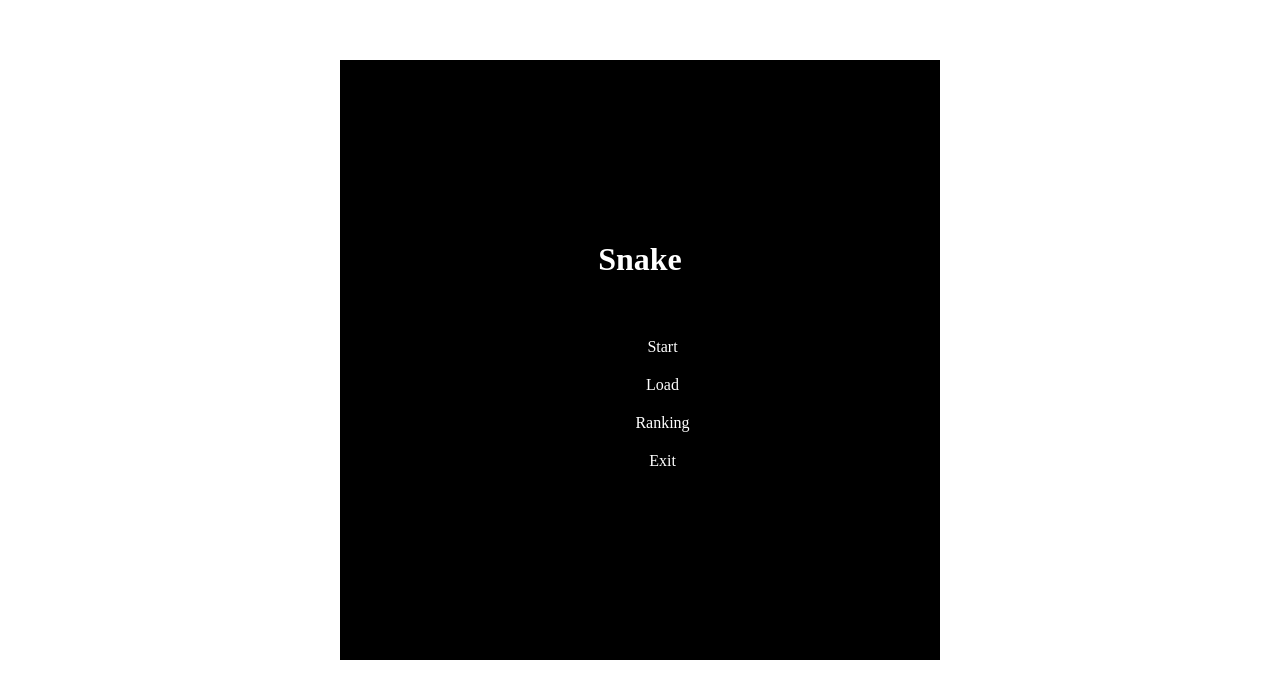
Repository: myeongbaek/SnakeGame_Team07
Page: index.html
These files come from the project's save history. The page is drawn as it stood at one moment and after the next save; the edit follows.
The browser window is 1280 px wide. The pictures show the whole page.

Above is the page before, as saved 2022-04-16 13:35:57.

### index.html
<!DOCTYPE html>
<html lang="en">
  <head>
    <meta charset="UTF-8" />
    <meta http-equiv="X-UA-Compatible" content="IE=edge" />
    <meta name="viewport" content="width=device-width, initial-scale=1.0" />
    <title>Snake</title>
    <link rel="stylesheet" href="style.css" />
  </head>
  <body>
    <div id="App"></div>
    <script src="index.js" type="module"></script>
  </body>
</html>

### style.css
* {
  margin: 0;
  padding: 0;
  box-sizing: border-box;
  -ms-user-select: none;
  -moz-user-select: -moz-none;
  -khtml-user-select: none;
  -webkit-user-select: none;
  user-select: none;
}

#App {
  width: 100vw;
  height: 100vh;
  display: flex;
  justify-content: center;
  align-items: center;
}

.box {
  width: 600px;
  height: 600px;
  background-color: black;
  display: flex;
  flex-direction: column;
  justify-content: center;
  align-items: center;
}

.box h1 {
  color: white;
  padding-bottom: 50px;
}

.box span {
  color: white;
  text-align: start;
  width : 150px;
  padding-left: 50px;
}

.btn {
  position: relative;
  cursor: pointer;
  display: flex;
  justify-content: center;
  align-items: center;
  text-align: center;
  white-space: nowrap;
  margin: 5px;
  padding: 5px;
  color: white;
}

.btn:hover::after {
  content: "";
  width: 5px;
  height: 5px;
  border-left: 3px solid white;
  border-bottom: 3px solid white;
  position: absolute;
  right: -20px;
  transform: rotateZ(45deg);
}

.btn:hover::before {
  content: "";
  width: 5px;
  height: 5px;
  border-right: 3px solid white;
  border-bottom: 3px solid white;
  position: absolute;
  left: -20px;
  transform: rotateZ(-45deg);
}

canvas {
  position: relative;
}

.overlay {
  position: absolute;
  top: 0;
  bottom: 0;
  right: 0;
  left: 0;
  background-color: rgba(0, 0, 0, 0.5);
  display: flex;
  justify-content: center;
  align-items: center;
  z-index: 99;
}

.modal {
  width: 300px;
  height: 300px;
  border: 3px solid white;
  border-radius: 20px;
  background-color: black;
  color: white;
  display: flex;
  justify-content: center;
  align-items: center;
  flex-direction: column;
}

.modal h1 {
  padding-bottom: 20px;
}

.modal span {
  margin: 5px 0px;
  padding: 5px 0px;
}

input {
  width : 100px;
}

### index.js
import App from "./App.js";

new App({ $target: document.getElementById("App") });

### App.js
import MainScreen from "./MainScreen.js";

export default class App {
  constructor({ $target }) {
    this.mainScreen = new MainScreen({
      $target,
    });
  }
}

### MainScreen.js
import Game from "./Game.js";

export default class MainScreen {
  $target;
  $screen;
  game;
  constructor({ $target }) {
    this.$target = $target;

    this.$screen = document.createElement("div");
    this.$screen.classList = "box";
    this.game = new Game({ $target, renderMain: this.render });

    this.render();
  }

  render = () => {
    console.log(this);
    this.$screen.innerHTML = `
        <h1>Snake</h1>
        <span class="start btn">Start</span>
        <span class="load btn">Load</span>
        <span class="rank btn">Ranking</span>
        <span class="btn">Exit</span>
    `;
    this.$target.innerHTML = ``;
    this.$target.appendChild(this.$screen);
    const onStartClick = () => {

      this.game.setUp();
      this.game.gameLoop();
    };
    const startBtn = this.$screen.querySelector(".start");
    startBtn.addEventListener("click", onStartClick);

    /*
      here we need to make the rest of the buttons in main screen work

      line 36 to 39 is function to start the game

      line 40 grabs the start button from the page and let you work with it

      line 41 registers the game-start function to the start button
    */
    const onLoadClick = () => {

      this.game.state = JSON.parse(localStorage.getItem("state"));

      this.game.setUp();
      this.game.gameLoop();


      /*
        load the saved data, then start the game
        google about "localStorage" in JavaScript
      */
    };
    const loadBtn = this.$screen.querySelector(".load");
    loadBtn.addEventListener("click", onLoadClick);



    /*
      grab the load button, then register the function
    */

    const rankingBtn = this.$screen.querySelector(".rank");
    rankingBtn.addEventListener("click", () => onRankClick());

    const onRankClick = () => {
      let rankarr = JSON.parse(localStorage.getItem("rankData"));
      this.$target.innerHTML = ``;
      this.$target.appendChild(this.$screen);

      this.$screen.innerHTML = `
        <h1>Top 10 Rank</h1>
        ${rankarr.map((rank, index) => {
        return `<span>${index + 1}위 : ${rank.username}, ${rank.score}점</span>`
      }).join("")}
    `;

    }
    /*
      same with the ranking

      I don't think we need to make exit feature since we're on web
    */
  };
}

### Game.js
import { CompareRank, GenerateFruitPosition } from "./utils.js";

export default class Game {
  $target;
  $canvas;
  $canvasContext;

  intervalId;
  isPaused = false;
  isKeyPressed = false;
  renderMain;

  state = {

    playerPos: {
      x: 20,
      y: 20,
    },
    score: 0,
    gridSize: 15,
    tileCount: 40,
    trail: [],
    tail: 5,
    velocity: {
      x: 0,
      y: -1,
    },
    fruitPos: { x: 5, y: 5 },
  };

  constructor({ $target, renderMain }) {
    this.$target = $target;
    this.renderMain = renderMain;
  }

  setState(nextState) {
    this.state = {
      ...this.state,
      ...nextState,
    };
  }
  setUp() {
    this.$target.innerHTML = `
        <canvas id="canvas" width="600" height="600"></canvas>
    `;
    this.$canvas = document.getElementById("canvas");
    this.$canvasContext = this.$canvas.getContext("2d");
    addEventListener("keydown", (event) => this.keyPress(event));
  }

  keyPress(event) {
    if (this.isKeyPressed || this.isPaused) return;
    switch (event.key) {
      case "ArrowUp":
        this.state.velocity.y !== 1
          ? this.setState({ velocity: { x: 0, y: -1 } })
          : null;
        this.isKeyPressed = true;
        break;
      case "ArrowDown":
        this.state.velocity.y !== -1
          ? this.setState({ velocity: { x: 0, y: 1 } })
          : null;
        this.isKeyPressed = true;
        break;
      case "ArrowLeft":
        this.state.velocity.x !== 1
          ? this.setState({ velocity: { x: -1, y: 0 } })
          : null;
        this.isKeyPressed = true;
        break;
      case "ArrowRight":
        this.state.velocity.x !== -1
          ? this.setState({ velocity: { x: 1, y: 0 } })
          : null;
        this.isKeyPressed = true;
        break;
      case "Escape":
        clearInterval(this.intervalId);
        this.pause();
        break;
    }
  }

  pause() {
    this.isPaused = true;

    const overlay = document.createElement("div");
    overlay.classList = "overlay";

    const modal = document.createElement("div");
    modal.classList = "modal";

    modal.innerHTML = `
        <h1>Pause</h1>
        <span class="btn resume">Resume</span>
        <span class="btn restart">Restart</span>
        <span class="btn save">Save</span>
        <span class="btn exit">Exit</span>
      `;

    overlay.appendChild(modal);
    this.$target.appendChild(overlay);

    const resume = this.$target.querySelector(".resume");
    resume.addEventListener("click", () => {
      this.isPaused = false;
      this.$target.removeChild(overlay);
      this.gameLoop();
    });

    const restart = this.$target.querySelector(".restart");
    restart.addEventListener("click", () => {
      this.isPaused = false;
      this.$target.removeChild(overlay);
      this.setState({
        ...this.state,
        score: 0,
        playerPos: { x: 20, y: 20 },
        fruitPos: GenerateFruitPosition([], this.state.tileCount),
        velocity: { x: 0, y: -1 },
        trail: [],
        tail: 5,
      });
      this.gameLoop();
    });

    /*
      need to implement saving feature with localStorage
      according to the assignment guide, we should save data then go back to main screen
    */

    /*
      Exit should bring the player back to main screen
    */
    const save = this.$target.querySelector(".save");
    save.addEventListener("click", () => {
      this.isPaused = false;
      this.$target.removeChild(overlay);
      clearInterval(this.intervalId);
      localStorage.setItem("state", JSON.stringify(this.state));
      this.setState({
        ...this.state,
        score: 0,
        playerPos: { x: 20, y: 20 },
        fruitPos: GenerateFruitPosition([], this.state.tileCount),
        velocity: { x: 0, y: -1 },
        trail: [],
        tail: 5,
      });

      clearInterval(this.intervalId);
      this.renderMain();
    });






    const exit = this.$target.querySelector(".exit");
    exit.addEventListener("click", () => {
      this.isPaused = false;
      this.setState({
        playerPos: {
          x: 20,
          y: 20,
        },
        score: 0,
        gridSize: 15,
        tileCount: 40,
        trail: [],
        tail: 5,
        velocity: {
          x: 0,
          y: -1,
        },
        fruitPos: GenerateFruitPosition([], this.state.tileCount),
      });
      clearInterval(this.intervalId);
      this.renderMain();
    });


  }

  move() {
    this.setState({
      ...this.state,
      playerPos: {
        x: this.state.playerPos.x + this.state.velocity.x,
        y: this.state.playerPos.y + this.state.velocity.y,
      },
    });
  }

  isGameOver() {
    // out of bound check

    if (
      this.state.playerPos.x < 0 ||
      this.state.playerPos.x > this.state.tileCount - 1 ||
      this.state.playerPos.y < 0 ||
      this.state.playerPos.y > this.state.tileCount - 1
    ) {
      return true;
    }


    for (var i = 0; i < this.state.trail.length - 1; i++) {
      if (
        this.state.playerPos.x === this.state.trail[i].x &&
        this.state.playerPos.y === this.state.trail[i].y
      ) {
        return true;
      }
    }

    return false;
  }

  updateFruit() {
    this.setState({
      fruitPos: GenerateFruitPosition(this.state.trail, this.state.tileCount),
    });
  }

  render() {
    this.move();
    this.isKeyPressed = false;


    if (this.isGameOver()) {
      /*
        when the game is over,
        instead of just going back to main screen,
        we should display a modal screen and
        show how much score did the player get,
        then save the data to localStorage for 'ranking' in the main screen
      */

      const overlay = document.createElement("div");
      overlay.classList = "overlay";

      const modal = document.createElement("div");
      modal.classList = "modal";

      modal.innerHTML = `
            <h1>You died</h1>
            <span class="score">Score : ${this.state.score}</span>
            <form>
            <input type="text" id="UserName" placeholder="username"></input>
            <button>-></button>
            </form>

            <span class="btn exit">Exit</span>
          `;

      overlay.appendChild(modal);
      this.$target.appendChild(overlay);

      const isBntOnClick = (event) => {
        event.preventDefault();
        const rankData = { username: username.value, score: this.state.score };
        console.log(this);
        let savedData = JSON.parse(localStorage.getItem("rankData"));
        savedData === null ? savedData = [] : savedData;

        savedData.push(rankData);
        savedData.sort(CompareRank);
        if (savedData.length > 10) {
          savedData.pop();
        }
        localStorage.setItem("rankData", JSON.stringify(savedData));
        // only 1~10 scores are saved to local storage


        this.setState({
          playerPos: {
            x: 20,
            y: 20,
          },
          score: 0,
          gridSize: 15,
          tileCount: 40,
          trail: [],
          tail: 5,
          velocity: {
            x: 0,
            y: -1,
          },
          fruitPos: GenerateFruitPosition([], this.state.tileCount),
        });
        return this.renderMain();

      }
      const username = document.getElementById("UserName")
      const userform = document.querySelector("form");
      userform.addEventListener("submit", (event) => isBntOnClick(event));

      const exit = this.$target.querySelector(".exit");
      exit.addEventListener("click", () => {
        this.isPaused = false;
        this.setState({
          playerPos: {
            x: 20,
            y: 20,
          },
          score: 0,
          gridSize: 15,
          tileCount: 40,
          trail: [],
          tail: 5,
          velocity: {
            x: 0,
            y: -1,
          },
          fruitPos: GenerateFruitPosition([], this.state.tileCount),
        });
        clearInterval(this.intervalId);
        this.renderMain();
      });

      clearInterval(this.intervalId);
    }

    this.$canvasContext.fillStyle = "black";
    this.$canvasContext.fillRect(0, 0, this.$canvas.width, this.$canvas.height);

    this.state.trail.push({
      x: this.state.playerPos.x,
      y: this.state.playerPos.y,
    });

    while (this.state.trail.length > this.state.tail) this.state.trail.shift();

    this.$canvasContext.fillStyle = "lime";
    this.state.trail.forEach((body) => {
      this.$canvasContext.fillRect(
        body.x * this.state.gridSize,
        body.y * this.state.gridSize,
        this.state.gridSize - 2,
        this.state.gridSize - 2
      );
    });

    if (
      this.state.playerPos.x === this.state.fruitPos.x &&
      this.state.playerPos.y === this.state.fruitPos.y
    ) {
      this.updateFruit();
      this.state.tail++;
      this.state.score++;

    }
    localStorage.setItem("score", this.state.score)

    this.$canvasContext.fillStyle = "red";
    this.$canvasContext.fillRect(
      this.state.fruitPos.x * this.state.gridSize,
      this.state.fruitPos.y * this.state.gridSize,
      this.state.gridSize - 2,
      this.state.gridSize - 2
    );
  }

  gameLoop() {
    this.intervalId = setInterval(() => {
      this.render();
    }, 1000 / 15);
  }
}

### utils.js
export function GenerateFruitPosition(trail, tileCount) {
  let x, y;
  while (true) {
    x = Math.floor(Math.random() * tileCount);
    y = Math.floor(Math.random() * tileCount);

    let flag = true;
    for (var i = 0; i < trail.length; i++) {
      if (x == trail[i].x && y == trail[i].y) flag = false;
    }
    if (flag) break;
  }
  return { x, y };
}


export function CompareRank(r1, r2) {
  return r2.score - r1.score;
}

After the next save:
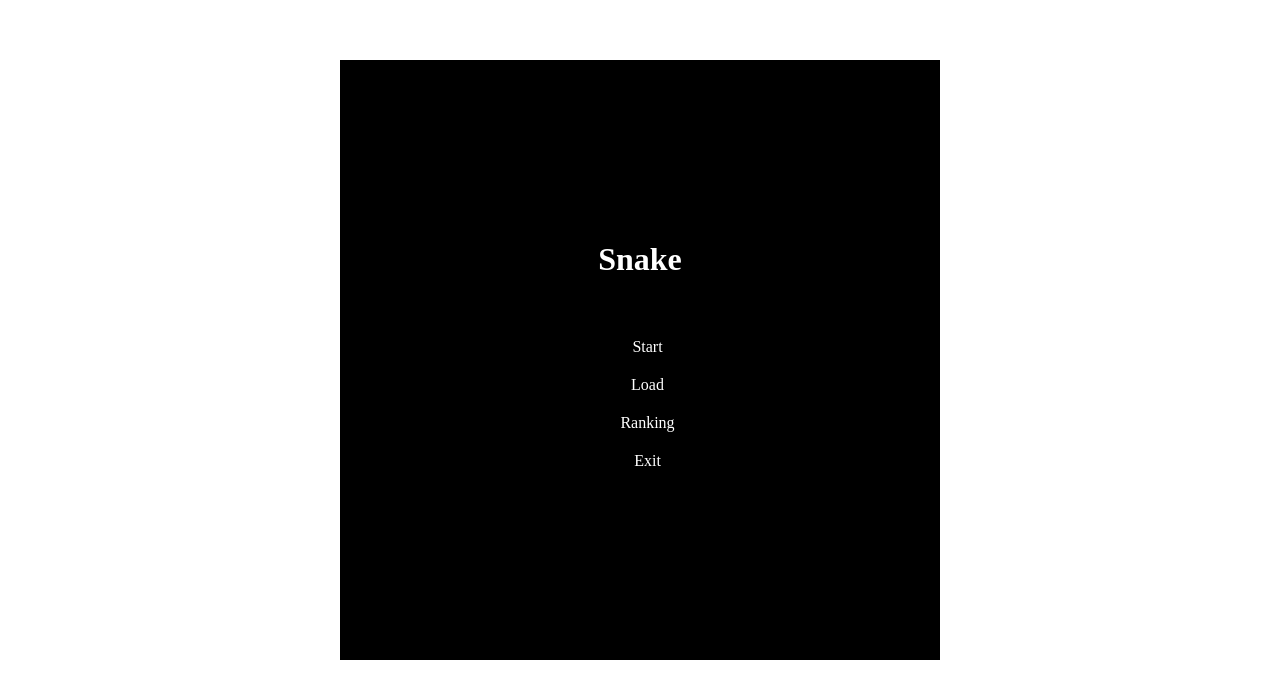
Saved 12 s later.
--- a/style.css
+++ b/style.css
@@ -36,7 +36,7 @@
   color: white;
   text-align: start;
   width : 150px;
-  padding-left: 50px;
+  padding-left: 20px;
 }
 
 .btn {
